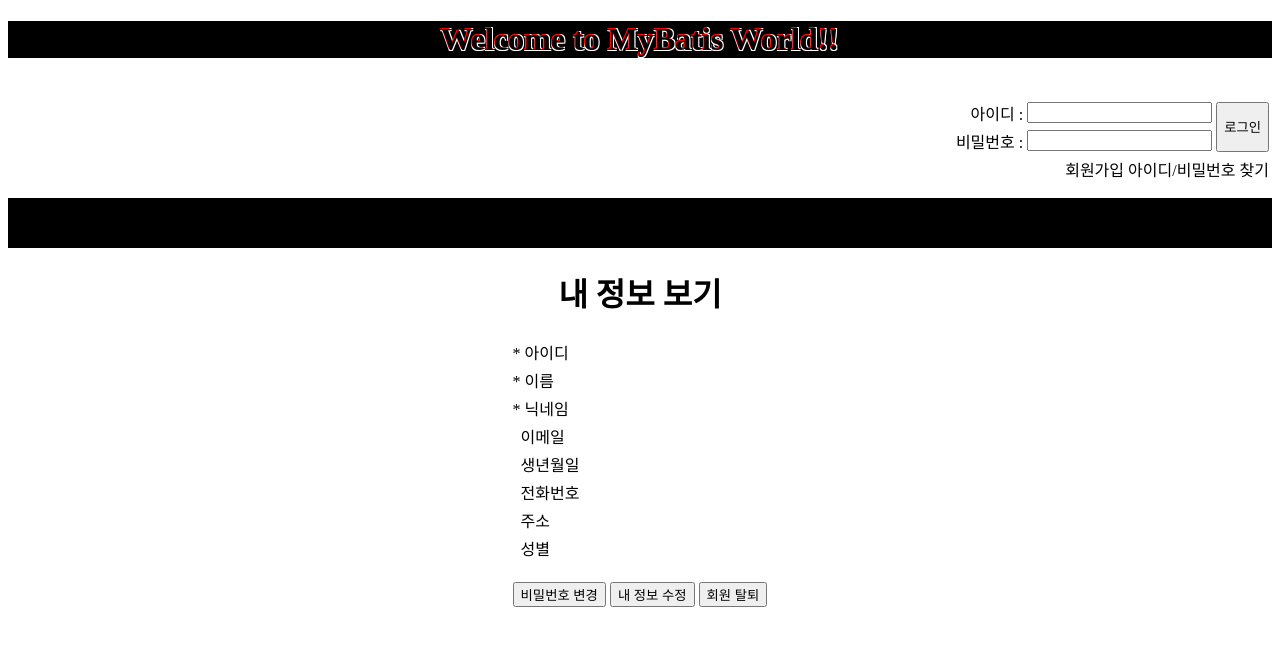
Repository: SoulJ-K/myBatis
Page: http://localhost/1_MyBatis/views/member/memberInfo.jsp
An editor plug-in stored every save of this project. The page is shown before and after the next save, followed by the edit.
The browser window is 1280 px wide. The pictures show the whole page.
The page is served by Tomcat 9. Other server files are loaded and not shown.

Above is the page before, as saved 2020-05-07 07:29:10.

### 1_MyBatis/WebContent/views/member/memberInfo.jsp
<%@ page language="java" contentType="text/html; charset=UTF-8"
    pageEncoding="UTF-8"%>
<%@ taglib prefix="c" uri="http://java.sun.com/jsp/jstl/core" %>
<!DOCTYPE html>
<html>
<head>
<meta charset="UTF-8">
<title>Insert title here</title>
<style>
	#infoTable{margin: auto;}
	.style{border: 0; outline: none;}
</style>
</head>
<body>
	<jsp:include page="../common/menubar.jsp"/>
	<h1 align="center">내 정보 보기</h1>
	<form action="${ contextPath }/views/member/memberUpdateForm.jsp" method="post">
		<%-- <jsp:useBean id="member" class="member.model.vo.Member" scope="request"/>
		<jsp:setProperty property="*" name="member"/> --%>
		<table id="infoTable">
			<tr>
				<td width="100px">* 아이디</td>
				<td>
					${ member.userId }
<%-- 					<jsp:getProperty property="userId" name="member"/> --%>
					<input type="hidden" name="userId" value="${ member.userId }" class="st">
				</td>
			</tr>
			<tr>
				<td>* 이름</td>
				<td>
					<input type="hidden" name="userName" value="${ member.userName }" class="st">
					${ member.userName}
				</td>
			</tr>
			<tr>
				<td>* 닉네임</td>
				<td>
					<input type="hidden" name="nickName" value="${ member.nickName }" class="st">
					${ member.nickName}
				</td>
			</tr>
			<tr>
				<td> &nbsp;&nbsp;이메일</td>
				<td>
					${ member.email }
					<input type="hidden" name="email" value="${ member.email }" class="st">
				</td>
			</tr>
			<tr>
				<td> &nbsp;&nbsp;생년월일</td>
				<td>
					${ member.birthDay }
					<input type="hidden" name="birthDay" value="${ member.birthDay}" class="st">
				</td>
			</tr>
			<tr>
				<td> &nbsp;&nbsp;전화번호</td>
				<td>
					${ member.phone }
					<input type="hidden" name="phone" value="${ member.phone}" class="st">
				</td>
			</tr>
			<tr>
				<td> &nbsp;&nbsp;주소</td>
				<td>
					${ member.address }
					<input type="hidden" name="address" value="${ member.address}" class="st">
				</td>
			</tr>
			<tr>
				<td> &nbsp;&nbsp;성별</td>
				<td>
					<c:if test="${ member.gender eq 'M' }">남자</c:if>
					<c:if test="${ member.gender eq 'F' }">여자</c:if>
					<input type="hidden" name="gender" value="${ member.gender}" class="st">
				</td>
			</tr>
			<tr>
				<td colspan="2">
					<div align="center">
						<br>
						<button type="button" onclick="location.href='${ contextPath }/views/member/memberPwdUpdateForm.jsp'">비밀번호 변경</button>
						<input type="submit" value="내 정보 수정">
						<button type="button" onclick="deleteMember();">회원 탈퇴</button>
					</div>
				</td>
			</tr>
		</table>
	</form>

	<script>
		function deleteMember(){
			var ck = confirm('정말 탈퇴할거야?');

			if(ck){
				location.href = "mdelete.me";
			}
		}
	</script>
</body>
</html>

### 1_MyBatis/WebContent/views/common/menubar.jsp
<%@ page language="java" contentType="text/html; charset=UTF-8"
    pageEncoding="UTF-8"%>
<%@ taglib prefix="c" uri="http://java.sun.com/jsp/jstl/core" %>
<!DOCTYPE html>
<html>
<head>
<meta charset="UTF-8">
<script src="${ contextPath }/js/jquery-3.4.1.min.js"></script>
<title>Insert title here</title>
<style>
	#welcome{background: black; text-shadow: -1px -1px 0 red, 1px -1px 0 white, -1px 1px 0 white, 1px 1px 0 white;}
	.login-area {height:100px;}
	.btn-login {height:50px;}
	.loginTable{text-align: right; float: right;}
	#logoutBtns>a{text-decoration: none; color: black;}
	#logoutBtns>a:hover{text-decoration: underline; font-weight: bold;}

	.nav-area{background: black; height: 50px;}
	.memu{display: table-cell; font-size : 20px;
		  width : 250px; height : 50px;
		  text-align: center; vertical-align : middle;
		   background: black; color: white;}
	.menu:hover{background: orangered; cursor: pointer;}
</style>
</head>
<body>

	<c:set var="contextPath" value="${ pageContext.request.contextPath }" scope="application"/>
	<h1 id="welcome" align="center">Welcome to MyBatis World!!</h1>
		<br>


		<!-- ----------------------1. 회원 관련 서비스 -------------------------- -->
		<div class="login-area">
			<c:if test="${ empty sessionScope.loginUser }">
				<!-- 1_1. 로그인 관련 폼 만들기 -->
				<form action="${ contextPath }/login.me" method="post">
					<table class="loginTable">
						<tr>
							<td>아이디 : </td>
							<td>
								<input type="text" name="userId">
							</td>
							<td rowspan="2">
								<button id="login-btn" class="btn btn-login">로그인</button>
							</td>
						</tr>
						<tr>
							<td>비밀번호 : </td>
							<td>
								<input type="password" name="userPwd">
							</td>
						</tr>
						<tr>
							<td colspan="3" id="logoutBtns">
								<a href="${ contextPath }/views/member/memberInsertForm.jsp">회원가입</a>
								<a href="${ contextPath }/views/member/findMemberForm.jsp">아이디/비밀번호 찾기</a>
							</td>
						</tr>
					</table>
				</form>
			</c:if>

			<c:if test="${ !empty sessionScope.loginUser }">
				<table class="loginTable">
					<tr>
						<td colspan="2"><h3>${ loginUser.userName }님 환영합니다.</h3></td>
					</tr>
					<tr>
						<td>
							<button onclick="location.href='${ contextPath }/info.me'">내 정보 보기</button>
						</td>
					</tr>
					<tr>
						<td>
							<button onclick="location.href='${ contextPath }/logout.me'">로그아웃</button>
						</td>
					</tr>
				</table>
			</c:if>
		</div>

		<div class="nav-area" align="center">
			<div class="menu" onclick="home();">HOME</div>
			<div class="menu" onclick="board();">게시판</div>
		</div>

		<script>
			function home(){
				location.href="index.jsp";
			}

			function board(){
				location.href="${contextPath}/selectList.bo";
			}
		</script>
</body>
</html>

Loaded but not shown: 1_MyBatis/WebContent/js/jquery-3.4.1.min.js (library)

After the next save:
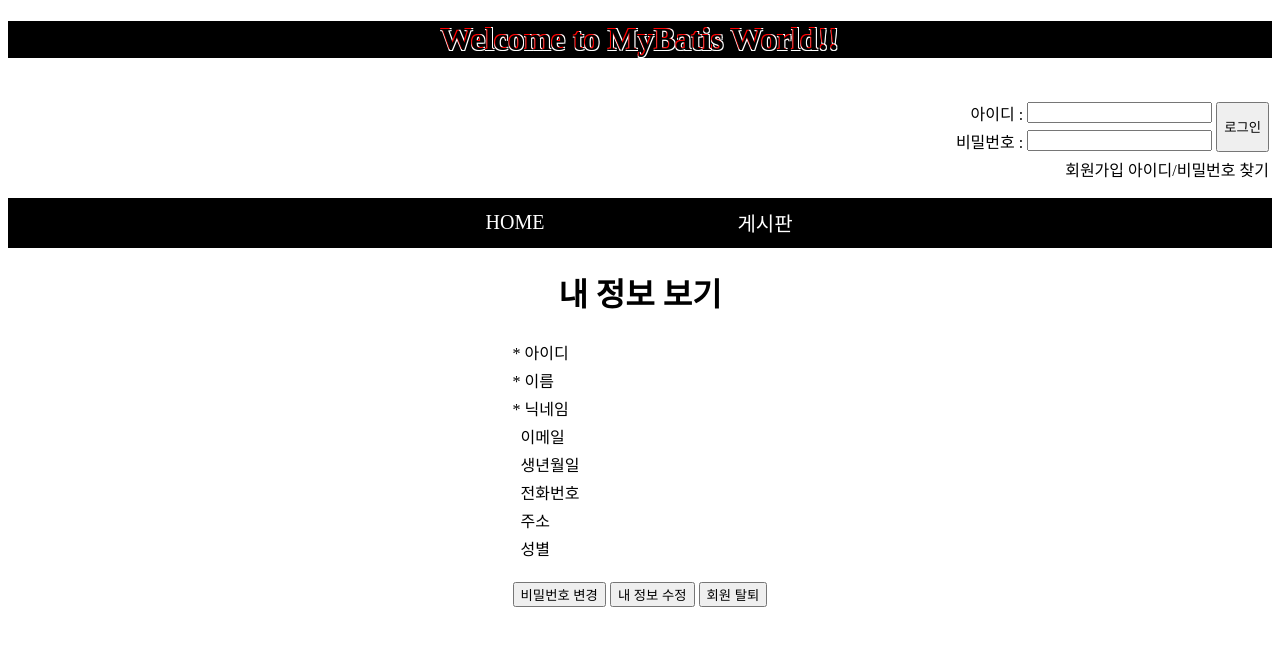
Saved 62 s later.
--- a/1_MyBatis/WebContent/views/common/menubar.jsp
+++ b/1_MyBatis/WebContent/views/common/menubar.jsp
@@ -16,7 +16,7 @@
 	#logoutBtns>a:hover{text-decoration: underline; font-weight: bold;}
 
 	.nav-area{background: black; height: 50px;}
-	.memu{display: table-cell; font-size : 20px;
+	.menu{display: table-cell; font-size : 20px;
 		  width : 250px; height : 50px;
 		  text-align: center; vertical-align : middle;
 		   background: black; color: white;}
